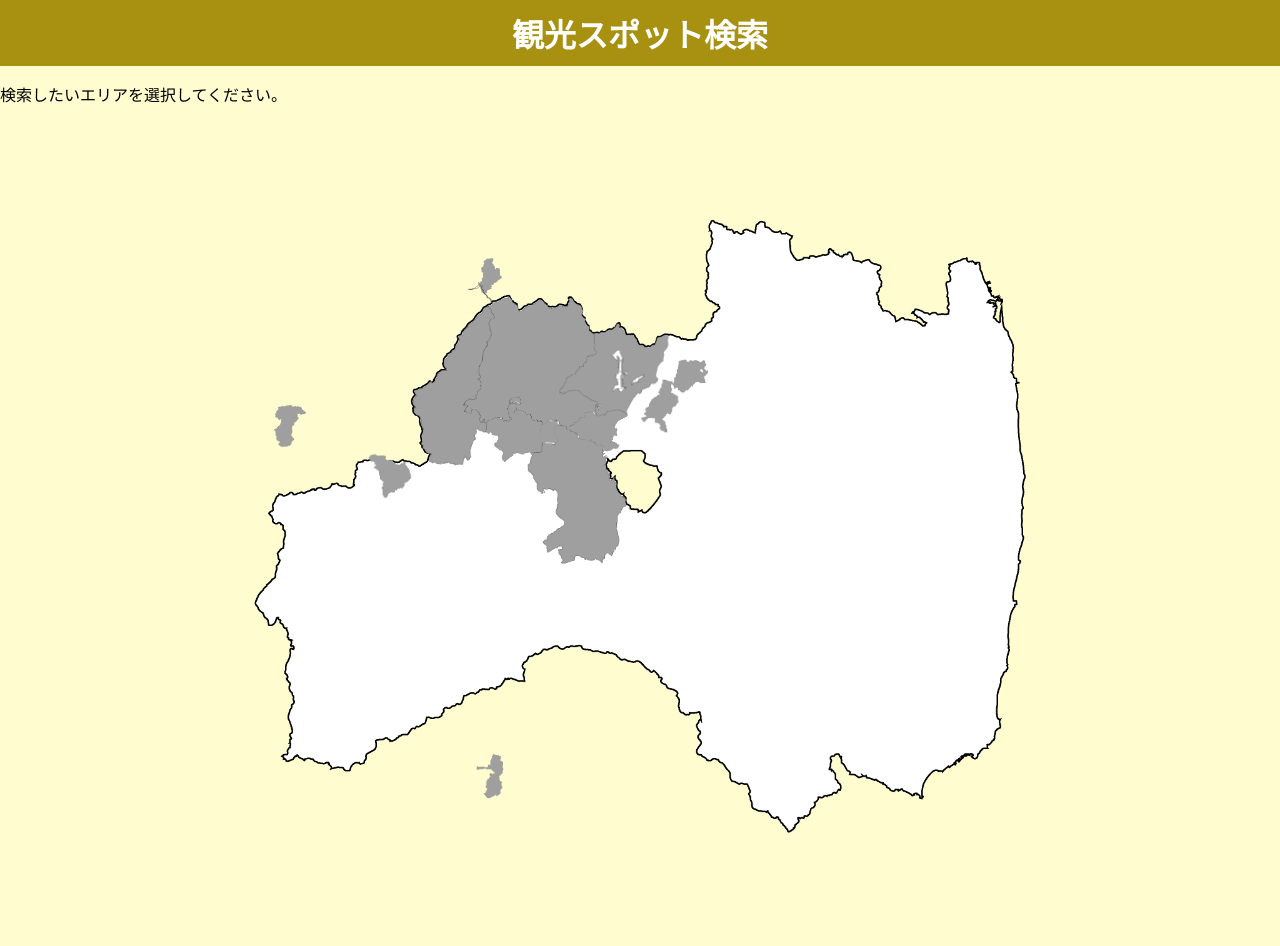
Repository: ryoutana/tanaryou.github.io
Page: Downloads/project/index.html
These files come from the project's save history. The page is drawn as it stood at one moment and after a run of saves; the edit follows.
The browser window is 1280 px wide. The pictures show the whole page.

Above is the page before, as saved 2025-04-29 13:47:13.

### Downloads/project/index.html
<!DOCTYPE html>
<html lang="ja">
<head>
    <meta charset="UTF-8">
    <meta name="viewport" content="width=device-width, initial-scale=1.0">
    <title>観光スポット検索</title>
    <link rel="stylesheet" href="styles.css">
</head>
<body>
    <header>
        <h1 id="pageTitle">観光スポット検索</h1>
    </header>
    <main>
        <section id="intro">
            <p id="introText">検索したいエリアを選択してください。</p>
            <div id="mapContainer">
                <img id="introImage" src="福島県白地図.png" alt="福島県の地図">
                <div id="spotContainer"></div>
            </div>
        </section>
    </main>
    <script src="script.js"></script>
</body>
</html>

### Downloads/project/styles.css
/* styles.css */

/* 全体のリセット */
body, html {
    margin: 0;
    padding: 0;
    box-sizing: border-box;
    background-color: #fffdd0; /* 背景色をクリーム色に設定 */
    font-family: Arial, sans-serif;
}

/* ヘッダーのスタイル */
header {
    text-align: center;
    background-color: #a89110; /* ゴールド系の背景色 */
    padding: 10px 0;
}

#pageTitle {
    font-size: 2em;
    margin: 0;
    color: #fff; /* 白文字 */
}

/* 地図全体のコンテナ */
#mapContainer {
    position: relative;
    width: 80%; /* 地図の幅を画面幅に応じて調整 */
    max-width: 800px;
    margin: 20px auto;
    overflow: hidden;
    text-align: center;
}

#introImage {
    width: 100%; /* 地図画像を親要素にフィットさせる */
    height: auto;
    display: block;
    margin: 0 auto;
    z-index: 1;
}

/* スポット画像のコンテナ */
#spotContainer {
    position: absolute;
    top: 0;
    left: 0;
    width: 100%;
    height: 100%;
    z-index: 2;
}

/* スポット画像のスタイル */
.spot-image {
    position: absolute;
    transform: translate(-50%, -50%); /* 中心基準で配置 */
    cursor: pointer;
    transition: filter 0.3s ease;
    filter: brightness(0.8) saturate(0); /* デフォルトで薄い灰色 */
}

.spot-image:hover {
    filter: brightness(1.2) hue-rotate(90deg); /* カーソルが乗ると黄緑 */
}

.spot-image.active {
    filter: brightness(1) hue-rotate(120deg) saturate(2); /* クリックでしっかり緑 */
}

### Downloads/project/script.js
// script.js

// スポットデータ（座標は地図画像内の相対的なピクセル位置）
const spots = [
    { name: '会津坂下町', img: '会津坂下町(白地図).png', x: 275, y: 303, width: 78 },
    { name: '会津若松市', img: '会津若松市(白地図).png', x: 337, y: 368, width: 158 },
    { name: '会津美里町', img: '会津美里町(白地図).png', x: 250, y: 150, width: 40 },
    { name: '喜多方市', img: '喜多方市(白地図).png', x: 291, y: 230, width: 170 },
    { name: '金山町', img: '金山町(白地図).png', x: 450, y: 250, width: 45 },
    { name: '三島町', img: '三島町(白地図).png', x: 50, y: 300, width: 50 },
    { name: '昭和村', img: '昭和村(白地図).png', x: 150, y: 350, width: 55 },
    { name: '西会津町', img: '西会津町(白地図).png', x: 214, y: 260, width: 180 },
    { name: '猪苗代町', img: '猪苗代町(白地図).png', x: 420, y: 280, width: 60 },
    { name: '湯川村', img: '湯川村(白地図).png', x: 309, y: 306, width: 30 },
    { name: '磐梯町', img: '磐梯町(白地図).png', x: 357, y: 304, width: 69 },
    { name: '北塩原村', img: '北塩原村(白地図).png', x: 374, y: 244, width: 123 },
    { name: '柳津町', img: '柳津町(白地図).png', x: 250, y: 650, width: 50 }
];

// スポットを動的に生成
function generateSpots() {
    const spotContainer = document.getElementById('spotContainer');
    const mapContainer = document.getElementById('mapContainer');

    if (!spotContainer || !mapContainer) {
        console.error('Error: 必要な要素が見つかりません。');
        return;
    }

    const mapWidth = mapContainer.offsetWidth; // 地図の幅
    const mapHeight = mapContainer.offsetHeight; // 地図の高さ

    spots.forEach(spot => {
        const img = document.createElement('img');
        img.src = spot.img;
        img.alt = spot.name;
        img.style.width = `${(spot.width / 800) * mapWidth}px`; // 幅を地図のサイズに比例させる
        img.style.left = `${(spot.x / 800) * mapWidth}px`; // x座標を地図のサイズに比例させる
        img.style.top = `${(spot.y / 800) * mapHeight}px`; // y座標を地図のサイズに比例させる
        img.classList.add('spot-image');

        // クリックイベントで色を変更
        img.addEventListener('click', () => {
            if (img.classList.contains('active')) {
                img.classList.remove('active'); // 緑から灰色に戻す
            } else {
                img.classList.add('active'); // 緑にする
            }
        });

        spotContainer.appendChild(img);
    });
}

// 初期化処理
function init() {
    generateSpots();
    console.log('スポット画像の生成が完了しました。');
}

// ページ読み込み時に初期化
window.onload = init;

After the next 12 saves:
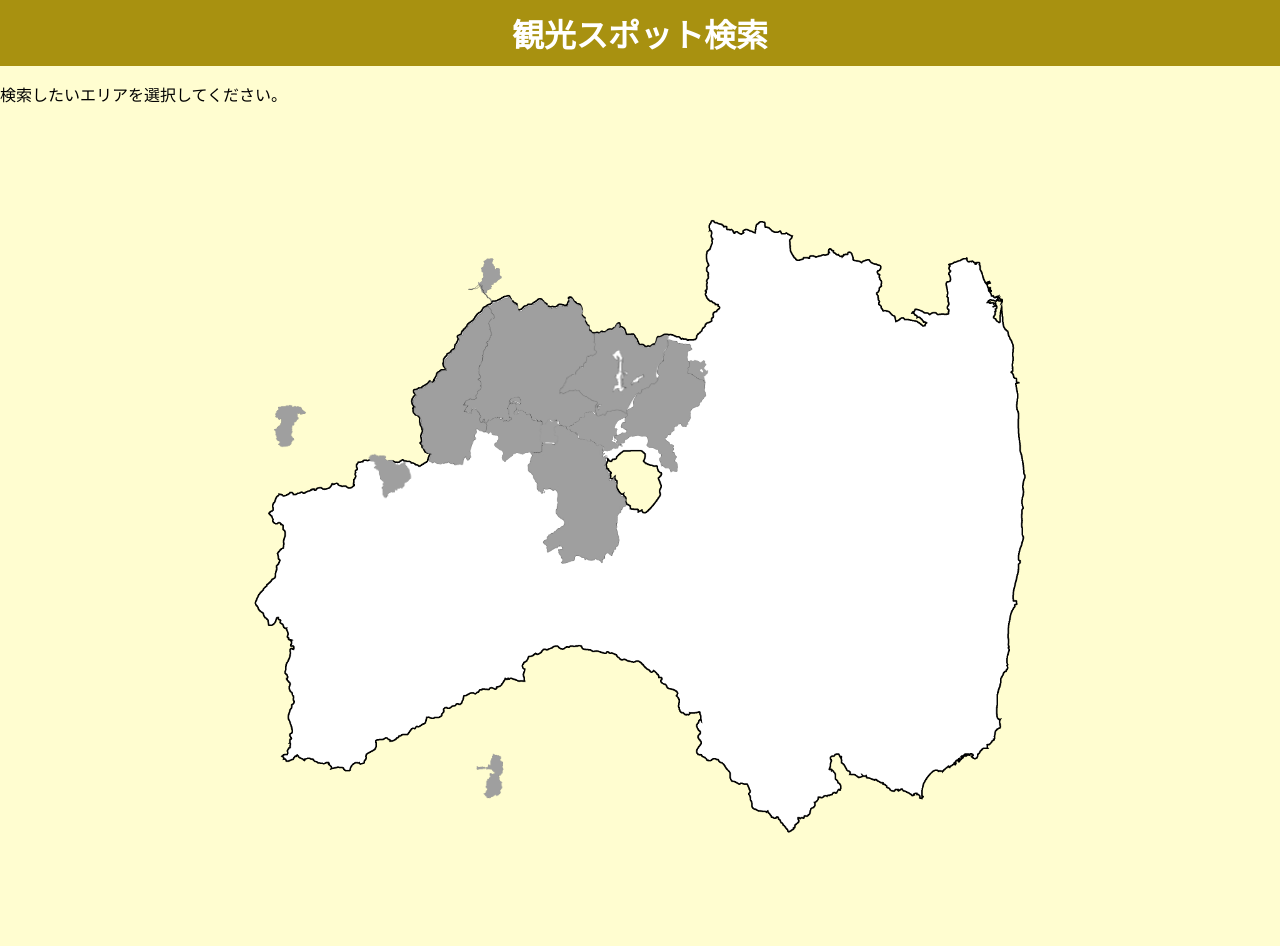
The 12 saves are shown as one change because they came seconds apart.
The last was saved 22 s later.
--- a/Downloads/project/script.js
+++ b/Downloads/project/script.js
@@ -10,7 +10,7 @@ const spots = [
     { name: '三島町', img: '三島町(白地図).png', x: 50, y: 300, width: 50 },
     { name: '昭和村', img: '昭和村(白地図).png', x: 150, y: 350, width: 55 },
     { name: '西会津町', img: '西会津町(白地図).png', x: 214, y: 260, width: 180 },
-    { name: '猪苗代町', img: '猪苗代町(白地図).png', x: 420, y: 280, width: 60 },
+    { name: '猪苗代町', img: '猪苗代町(白地図).png', x: 420, y: 280, width: 150 },
     { name: '湯川村', img: '湯川村(白地図).png', x: 309, y: 306, width: 30 },
     { name: '磐梯町', img: '磐梯町(白地図).png', x: 357, y: 304, width: 69 },
     { name: '北塩原村', img: '北塩原村(白地図).png', x: 374, y: 244, width: 123 },
